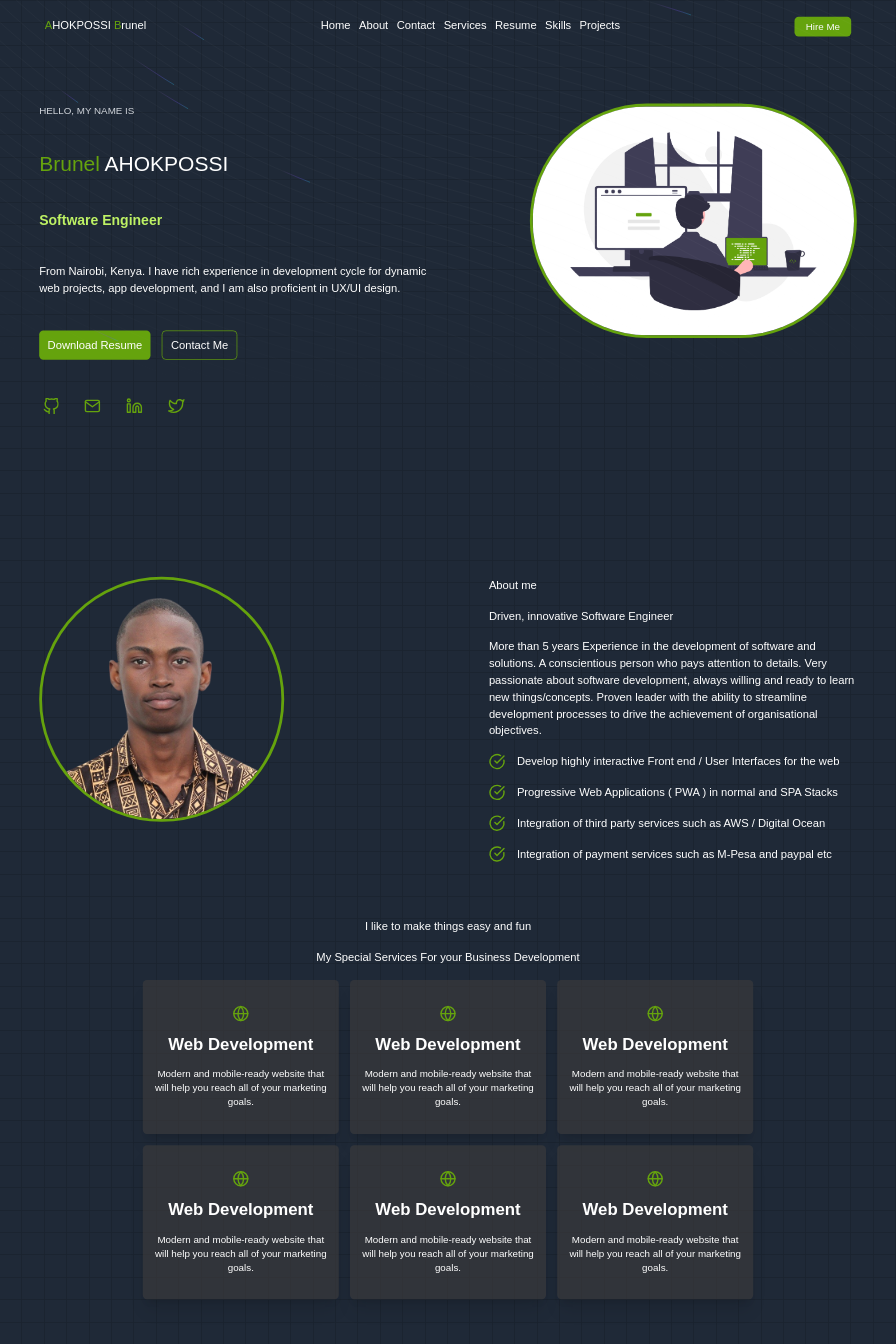
Repository: BrunelDev/portfolioV2
Page: /
An editor plug-in stored every save of this project. The page is shown before and after the next save, followed by the edit.
The browser window is 1280 px wide. The pictures show the part of the page from y = 0 to 1920 px (the page is 5012 px tall), at 70% of full size.
The project was rebuilt for these pictures with package versions that can differ from the ones it lists, and the page was loaded fresh each time. The framework's server and built-in components were replaced by stand-ins that run in the browser. Also part of the build but not shown: next.config.ts.

Above is the page before, as saved 2024-12-06 09:19:46.

After the next save:
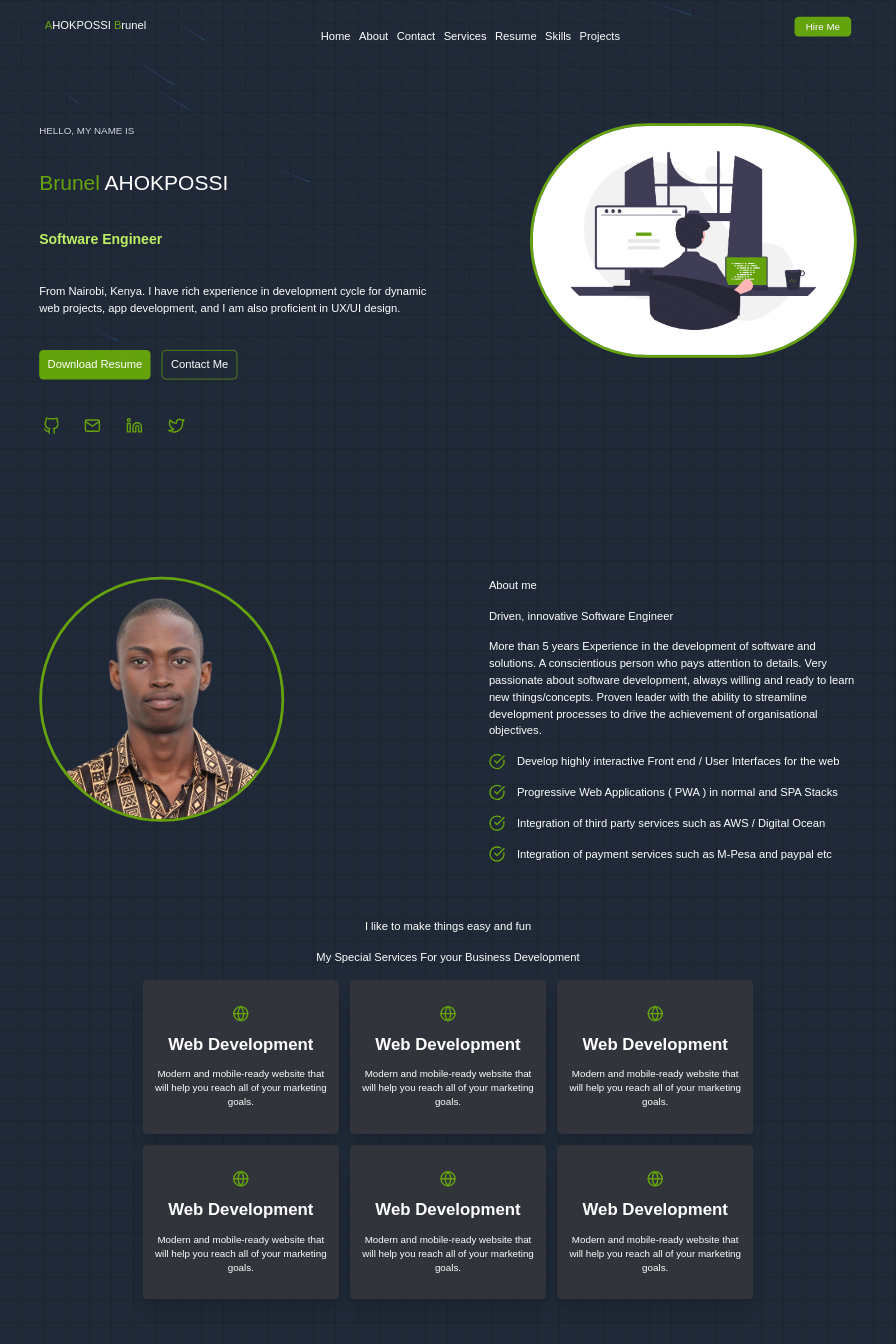
Saved 5 s later.
--- a/app/components/navbar.tsx
+++ b/app/components/navbar.tsx
@@ -15,7 +15,7 @@
         <span className="text-lime-600">A</span>HOKPOSSI{" "}
         <span className="text-lime-600">B</span>runel
       </h6>
-      <ul className="flex space-x-3 ">
+      <ul className="flex space-x-3 p-4 ">
         <li className="hover:text-lime-600 duration-300">
           <a href="#home">Home</a>
         </li>
